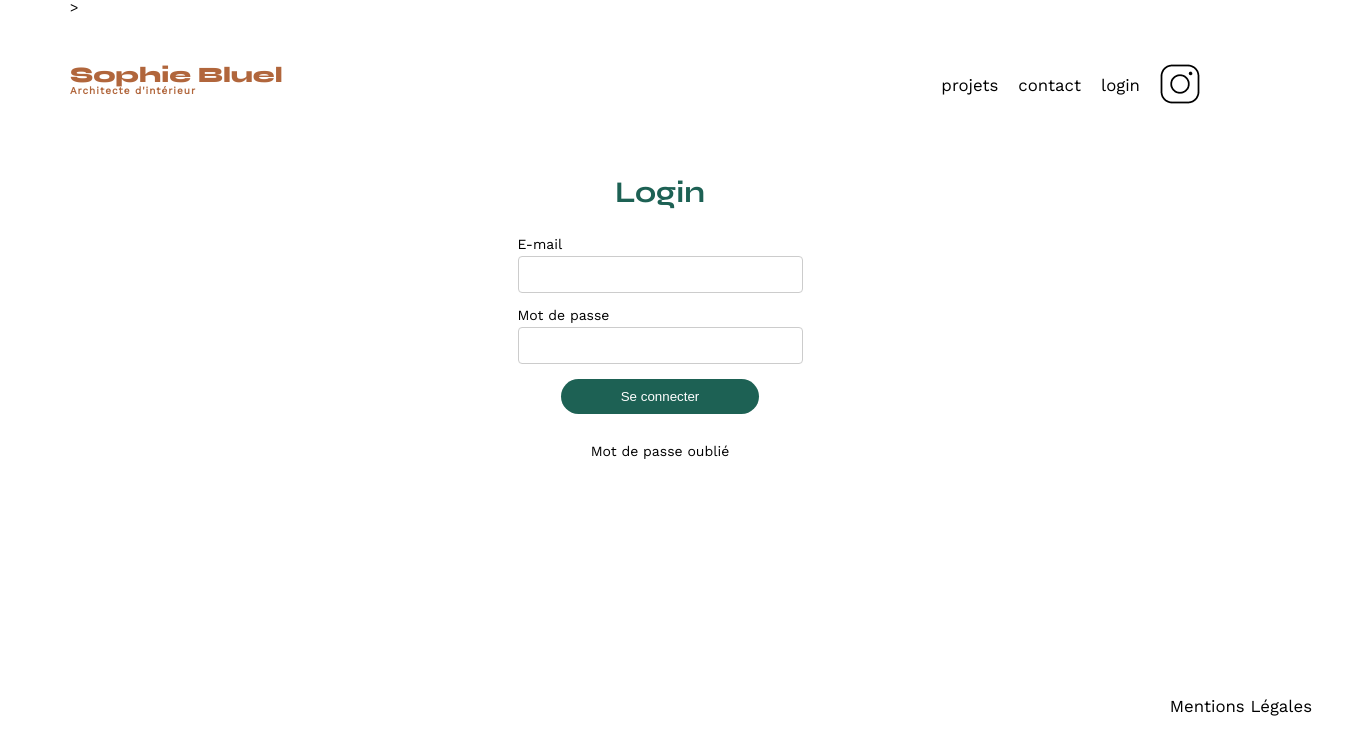
Repository: ByteVoyageur/OC-P6
Page: FrontEnd/login.html
An editor plug-in stored every save of this project. The page is shown before and after the next save, followed by the edit.
The browser window is 1280 px wide. The page is 1350 px wide, so the pictures cover 1350 px, including what lies to the right of the window. The pictures show the whole page.
The page's requests for data from a server got no answer.

Above is the page before, as saved 2023-10-20 18:12:38.

### FrontEnd/login.html
<!DOCTYPE html>
<html lang="fr">

<head>
    <meta charset="UTF-8">
    <title>Sophie Bluel - Architecte d'intérieur</title>
    <meta name="viewport" content="width=device-width, initial-scale=1.0">
    <link rel="preconnect" href="https://fonts.googleapis.com">
    <link rel="preconnect" href="https://fonts.gstatic.com" crossorigin>
    <link href="https://fonts.googleapis.com/css2?family=Syne:wght@700;800&family=Work+Sans&display=swap"
        rel="stylesheet">
    <meta name="description" content="">
    <link rel="stylesheet" href="https://cdnjs.cloudflare.com/ajax/libs/font-awesome/5.15.3/css/all.min.css">

    <link rel="stylesheet" href="/FrontEnd/assets/css/style.css">
    <link rel="stylesheet" href="/FrontEnd/assets/css/login.css">
    >
</head>

<body>
    <div class="wrapper">
        <header>
            <h1>Sophie Bluel <span>Architecte d&apos;intérieur</span></h1>
            <nav>
                <ul>
                    <li>projets</li>
                    <li>contact</li>
                    <li>login</li>
                    <li><img src="/FrontEnd/assets/icons/instagram.png" alt="Instagram"></li>
                </ul>
            </nav>
        </header>
        <main>
            <section id="login-section">
                <div class="login-content">
                    <h2>Login</h2>
                    <form id="login-page-form">
                        <div class="login-field-group">
                            <div id="error-message" style="color: red; display: none;"></div>
                            <!-- Error message placeholder -->

                            <label for="user-email">E-mail</label>
                            <input type="text" id="user-email" name="username" required>
                        </div>
                        <div class="login-field-group">
                            <label for="user-password">Mot de passe</label>
                            <input type="password" id="user-password" name="password" required>
                        </div>
                        <div class="login-submit-button">
                            <button type="submit">Se connecter</button>
                        </div>
                    </form>
                    <a id="forgot-password-link">Mot de passe oublié</a>
                </div>
            </section>
        </main>
    </div>
    <div class="footer-push"></div>
    <footer>
        <nav>
            <ul>
                <li>Mentions Légales</li>
            </ul>
        </nav>
    </footer>
    <script src="./assets/js/gallery.js"></script>
    <script src="./assets/js/login.js"></script>
    <script src="./assets/js/galleryManager.js"></script>
    <script src="./assets/js/editPhoto.js"></script>
</body>

### FrontEnd/assets/css/style.css
/* http://meyerweb.com/eric/tools/css/reset/
   v2.0 | 20110126
   License: none (public domain)
*/

html,
body,
div,
span,
applet,
object,
iframe,
h1,
h2,
h3,
h4,
h5,
h6,
p,
blockquote,
pre,
a,
abbr,
acronym,
address,
big,
cite,
code,
del,
dfn,
em,
img,
ins,
kbd,
q,
s,
samp,
small,
strike,
strong,
sub,
sup,
tt,
var,
b,
u,
i,
center,
dl,
dt,
dd,
ol,
ul,
li,
fieldset,
form,
label,
legend,
table,
caption,
tbody,
tfoot,
thead,
tr,
th,
td,
article,
aside,
canvas,
details,
embed,
figure,
figcaption,
footer,
header,
hgroup,
menu,
nav,
output,
ruby,
section,
summary,
time,
mark,
audio,
video {
  margin: 0;
  padding: 0;
  border: 0;
  font-size: 100%;
  font: inherit;
  vertical-align: baseline;
}
/* HTML5 display-role reset for older browsers */
article,
aside,
details,
figcaption,
figure,
footer,
header,
hgroup,
menu,
nav,
section {
  display: block;
}
body {
  line-height: 1;
}
ol,
ul {
  list-style: none;
}
blockquote,
q {
  quotes: none;
}
blockquote:before,
blockquote:after,
q:before,
q:after {
  content: '';
  content: none;
}
table {
  border-collapse: collapse;
  border-spacing: 0;
}
/** end reset css**/
body {
  max-width: 1140px;
  margin: auto;
  font-family: 'Work Sans';
  font-size: 14px;
}
header {
  display: flex;
  justify-content: space-between;
  margin: 50px 0;
}
section {
  margin: 50px 0;
}

h1 {
  display: flex;
  flex-direction: column;
  font-family: 'Syne';
  font-size: 22px;
  font-weight: 800;
  color: #b1663c;
}

h1 > span {
  font-family: 'Work Sans';
  font-size: 10px;
  letter-spacing: 0.1em;
}

h2 {
  font-family: 'Syne';
  font-weight: 700;
  font-size: 30px;
  color: #1d6154;
}
nav ul {
  display: flex;
  align-items: center;
  list-style-type: none;
}
nav li {
  padding: 0 10px;
  font-size: 1.2em;
}

li:hover {
  color: #b1663c;
}
#introduction {
  display: flex;
  align-items: center;
}
#introduction figure {
  flex: 1;
}
#introduction img {
  display: block;
  margin: auto;
  width: 80%;
}

#introduction article {
  flex: 1;
}
#introduction h2 {
  margin-bottom: 1em;
}

#introduction p {
  margin-bottom: 0.5em;
}

#portfolio-header {
  display: flex;
  align-items: center;
  justify-content: center;
}
#portfolio h2 {
  text-align: center;
  margin-bottom: 1em;
}
#editGalleryButton {
  display: none;
}

#category-buttons {
  display: flex;
  justify-content: center;
  margin-bottom: 2em;
  gap: 15px;
}

#category-buttons button {
  padding: 10px 20px;
  border: 1px solid #1d6154;
  border-radius: 20px;
  background-color: transparent;
  cursor: pointer;
  transition: background-color 0.3s ease;
  color: #1d6154;
}

#category-buttons button:hover,
#category-buttons button.active {
  background-color: #1d6154;
  color: white;
}

.gallery {
  width: 100%;
  display: grid;
  grid-template-columns: 1fr 1fr 1fr;
  grid-column-gap: 20px;
  grid-row-gap: 20px;
}

.gallery img {
  width: 100%;
}

.mini-gallery {
  border-bottom: 1px solid gray;
  display: grid;
  grid-template-columns: repeat(5, 1fr);
  gap: 10px;
  padding: 10%;
  width: calc(100% - 20%);
  box-sizing: border-box;
}

.mini-gallery img {
  width: 100%;
  height: auto;
}

#add-photo-button {
  display: block;
  margin: 30px auto;
  padding: 10px 30px;
  background-color: #1d6154;
  color: white;
  border: none;
  border-radius: 15px;
  cursor: pointer;
}

#modalOverlay {
  position: fixed;
  top: 0;
  left: 0;
  width: 100%;
  height: 100%;
  background: rgba(0, 0, 0, 0.7);
  z-index: 99;
  display: none;
}

#modalOverlay.show {
  display: block;
}

#editGalleryButton {
  display: none;
}

#editGalleryButton.show {
  display: block;
}

.modal-content {
  position: relative;
  width: 50%;
  margin: 15% auto;
  background-color: #fff;
  border-radius: 8px;
  display: flex;
  flex-direction: column;
  align-items: center;
  justify-content: center;
}

.modal-content p {
  text-align: center;
  font-size: 24px;
  margin: 0;
  padding-top: 50px;
}

.modal-content .close-button {
  position: absolute;
  right: 10px;
  top: 10px;
  border: none;
  background: none;
  font-size: 20px;
  cursor: pointer;
  z-index: 1;
}

#editModalOverlay {
  position: fixed;
  top: 0;
  left: 0;
  width: 100%;
  height: 100%;
  background: rgba(0, 0, 0, 0.7);
  z-index: 100;
  display: none;
}

#editModalOverlay.show {
  display: block;
}

#add-photo-form {
  display: flex;
  flex-direction: column;
  align-items: center;
  justify-content: center;
}

.upload-div {
  display: flex;
  flex-direction: column;
  align-items: center;
  justify-content: center;
  margin: 20px 0;
  background-color: #e8f1f6;
}

.upload-div i {
  font-size: 100px;
}

#photo-upload {
  display: none;
}

#contact {
  width: 50%;
  margin: auto;
}

#contact > * {
  text-align: center;
}

#contact h2 {
  margin-bottom: 20px;
}

#contact form {
  text-align: left;
  margin-top: 30px;
  display: flex;
  flex-direction: column;
}

#contact input,
#contact textarea {
  border: none;
  box-shadow: 0px 4px 14px rgba(0, 0, 0, 0.09);
}

#contact input {
  height: 50px;
  font-size: 1.2em;
}

#contact label {
  margin: 2em 0 1em 0;
}

input[type='submit'] {
  font-family: 'Syne';
  font-weight: 700;
  color: white;
  background-color: #1d6154;
  margin: 2em auto;
  width: 180px;
  text-align: center;
  border-radius: 60px;
}

footer nav ul {
  display: flex;
  justify-content: flex-end;
  margin: 2em;
}

### FrontEnd/assets/css/login.css
html,
body,
div,
span,
applet,
object,
iframe,
h1,
h2,
h3,
h4,
h5,
h6,
p,
blockquote,
pre,
a,
abbr,
acronym,
address,
big,
cite,
code,
del,
dfn,
em,
img,
ins,
kbd,
q,
s,
samp,
small,
strike,
strong,
sub,
sup,
tt,
var,
b,
u,
i,
center,
dl,
dt,
dd,
ol,
ul,
li,
fieldset,
form,
label,
legend,
table,
caption,
tbody,
tfoot,
thead,
tr,
th,
td,
article,
aside,
canvas,
details,
embed,
figure,
figcaption,
footer,
header,
hgroup,
menu,
nav,
output,
ruby,
section,
summary,
time,
mark,
audio,
video {
  margin: 0;
  padding: 0;
  border: 0;
  font-size: 100%;
  font: inherit;
  vertical-align: baseline;
}
/* HTML5 display-role reset for older browsers */
article,
aside,
details,
figcaption,
figure,
footer,
header,
hgroup,
menu,
nav,
section {
  display: block;
}
body {
  line-height: 1;
}
ol,
ul {
  list-style: none;
}
blockquote,
q {
  quotes: none;
}
blockquote:before,
blockquote:after,
q:before,
q:after {
  content: '';
  content: none;
}
table {
  border-collapse: collapse;
  border-spacing: 0;
}
/** end reset css**/
body {
  max-width: 1140px;
  margin: auto;
  font-family: 'Work Sans';
  font-size: 14px;
}
header {
  display: flex;
  justify-content: space-between;
  margin: 50px 0;
}
section {
  margin: 50px 0;
}

h1 {
  display: flex;
  flex-direction: column;
  font-family: 'Syne';
  font-size: 22px;
  font-weight: 800;
  color: #b1663c;
}

h1 > span {
  font-family: 'Work Sans';
  font-size: 10px;
  letter-spacing: 0.1em;
}

h2 {
  font-family: 'Syne';
  font-weight: 700;
  font-size: 30px;
  color: #1d6154;
}
nav ul {
  display: flex;
  align-items: center;
  list-style-type: none;
}
nav li {
  padding: 0 10px;
  font-size: 1.2em;
}

li:hover {
  color: #b1663c;
}
#introduction {
  display: flex;
  align-items: center;
}

#login-section {
  position: relative;
  width: 100%;
  padding: 20px;
}

#login-section .login-content {
  display: flex;
  flex-direction: column;
  align-items: center;
  background-color: #ffffff;
  border-radius: 8px;
}

#login-page-form {
  width: 100%;
  display: flex;
  flex-direction: column;
  align-items: center;
  justify-content: center;
  margin-top: 30px;
}

.login-field-group {
  width: 25%;
  display: flex;
  flex-direction: column;
  margin-bottom: 15px;
  gap: 5px;
}

/* Input fields and button styles */
#login-page-form input {
  padding: 10px;
  border: 1px solid #ccc;
  border-radius: 4px;
}

#login-page-form button {
  padding: 10px 60px;
  background-color: #1d6154;
  color: #ffffff;
  border: none;
  border-radius: 60px;
  cursor: pointer;
  margin-bottom: 30px;
}

.wrapper {
  position: relative;
  min-height: calc(100vh - 50px);
  margin-bottom: -50px;
}

.footer-push {
  height: 50px;
}

footer {
  position: absolute;
  bottom: 0;
  width: 100%;
  height: 50px;
}

footer nav ul {
  display: flex;
  justify-content: flex-end;
  margin: 2em;
}

### FrontEnd/assets/js/gallery.js
document.addEventListener('DOMContentLoaded', function () {
  let categoryMap = {}

  const apiEndpoint = 'http://localhost:5678/api/works'
  let data

  // Fetch category data from the API and dynamically create category buttons
  fetch('http://localhost:5678/api/categories')
    .then((response) => response.json())
    .then((categories) => {
      categoryMap['tous'] = null // Add the "Tous" category
      categories.forEach((category) => {
        categoryMap[category.name.toLowerCase()] = category.id
      })

      // Add "Tous" category to the beginning of the categories list
      categories.unshift({ name: 'Tous' })

      categories.forEach((category) => {
        const categoryButtonsDiv = document.querySelector('#category-buttons')
        console.log(categoryButtonsDiv)
        let button = document.createElement('button')
        button.textContent = category.name
        button.setAttribute('data-category', category.name.toLowerCase())
        categoryButtonsDiv.appendChild(button)
      })

      // Fetch the works data
      return fetch(apiEndpoint)
    })
    .then((response) => response.json())
    .then((fetchedData) => {
      data = fetchedData
      displayData(data)

      const buttons = document.querySelectorAll('#category-buttons button')
      buttons.forEach((button) => {
        button.addEventListener('click', () => {
          const category = button.getAttribute('data-category')
          const filtered =
            category === 'tous'
              ? data
              : data.filter((item) => item.categoryId === categoryMap[category])
          displayData(filtered)
        })
      })
    })
    .catch((error) => {
      console.error('Error fetching data:', error)
    })

  function displayData(filteredData, container) {
    const galleryDiv = container || document.querySelector('.gallery')
    galleryDiv.innerHTML = ''
    filteredData.forEach((item) => {
      let figure = document.createElement('figure')

      let img = document.createElement('img')
      img.src = item.imageUrl
      img.alt = item.title

      let figcaption = document.createElement('figcaption')
      figcaption.textContent = item.title

      figure.appendChild(img)
      figure.appendChild(figcaption)

      galleryDiv.appendChild(figure)
    })
  }
})

### FrontEnd/assets/js/login.js
const loginForm = document.getElementById('login-page-form')

loginForm.addEventListener('submit', function (event) {
  event.preventDefault()

  // Get user input values
  const email = document.getElementById('user-email').value
  const password = document.getElementById('user-password').value

  // Construct the request payload
  const requestData = {
    email: email,
    password: password,
  }

  // Make the API call to login the user
  fetch('http://localhost:5678/api/users/login', {
    method: 'POST',
    headers: {
      'Content-Type': 'application/json',
      Accept: 'application/json',
    },
    body: JSON.stringify(requestData),
  })
    .then((response) => response.json())
    .then((data) => {
      if (data.token) {
        console.log('Logged in successfully', data.token)
        localStorage.setItem('token', data.token)
        window.location.href = 'index.html'
      } else {
        console.error('Login error', data)
        alert(data.message || "Une erreur s'est produite lors de la connexion.")
      }
    })
    .catch((error) => {
      // Handle any other errors
      console.error('Error during login', error)
    })
})

const forgotPasswordLink = document.getElementById('forgot-password-link')
forgotPasswordLink.addEventListener('click', function () {
  console.log('Forgot password link clicked')
})

### FrontEnd/assets/js/galleryManager.js
document.addEventListener('DOMContentLoaded', function () {
  if (localStorage.getItem('token')) {
    const editGalleryButton = document.getElementById('editGalleryButton')
    editGalleryButton.classList.add('show')
    editGalleryButton.addEventListener('click', showModal)
  }

  function displayMiniGallery(data, container) {
    const miniGalleryDiv = container || document.createElement('div')
    miniGalleryDiv.className = 'mini-gallery'

    data.forEach((item) => {
      let figure = document.createElement('figure')

      let img = document.createElement('img')
      img.src = item.imageUrl
      img.alt = item.title

      figure.appendChild(img)
      miniGalleryDiv.appendChild(figure)
    })

    return miniGalleryDiv
  }

  function showModal() {
    console.log('showModal function is called')
    let modalOverlay = document.getElementById('modalOverlay')
    let modalContent

    if (!modalOverlay) {
      modalOverlay = document.createElement('div')
      modalOverlay.id = 'modalOverlay'

      modalContent = document.createElement('div')
      modalContent.classList.add('modal-content')

      const modalText = document.createElement('p')
      modalText.innerText = 'Gallery photo '

      const closeModalButton = document.createElement('button')
      closeModalButton.innerText = 'X'
      closeModalButton.classList.add('close-button')

      closeModalButton.addEventListener('click', function () {
        modalOverlay.classList.remove('show')
      })

      modalContent.appendChild(closeModalButton)
      modalContent.appendChild(modalText)

      const miniGalleryDiv = document.createElement('div')
      miniGalleryDiv.className = 'mini-gallery'
      modalContent.appendChild(miniGalleryDiv)

      const addButton = document.createElement('button')
      addButton.innerText = 'Ajouter une photo'
      addButton.id = 'add-photo-button'
      modalContent.appendChild(addButton)

      modalOverlay.appendChild(modalContent)
      document.body.appendChild(modalOverlay)

      modalOverlay.classList.add('show')
    } else {
      modalOverlay.classList.add('show')
    }

    fetch('http://localhost:5678/api/works')
      .then((response) => response.json())
      .then((data) => {
        displayMiniGallery(data, document.querySelector('.mini-gallery'))
      })
      .catch((error) => {
        console.error('Error fetching data:', error)
      })
  }

  console.log('galleryManager.js is loaded')
})

### FrontEnd/assets/js/editPhoto.js
console.log('editPhoto.js is starting')

// Use event delegation on the body to listen for click events
document.body.addEventListener('click', function (event) {
  // Check if the clicked element is "add-photo-button"
  if (event.target && event.target.id === 'add-photo-button') {
    console.log('Add photo button clicked')
    createAddPhotoModal()
  }
})

function createAddPhotoModal() {
  const editModal = document.createElement('div')
  editModal.id = 'editModalOverlay'
  editModal.classList.add('show')

  const editModalContent = document.createElement('div')
  editModalContent.classList.add('modal-content')

  const editModalCloseButton = document.createElement('button')
  editModalCloseButton.innerText = 'X'
  editModalCloseButton.classList.add('close-button')
  editModalCloseButton.addEventListener('click', function () {
    editModal.classList.remove('show')
  })

  const editModalTitle = document.createElement('h2')
  editModalTitle.innerText = 'Ajout photo'

  const editModalAddPhotoForm = document.createElement('form')
  editModalAddPhotoForm.id = 'add-photo-form'
  editModalAddPhotoForm.setAttribute('enctype', 'multipart/form-data')

  const uploadDiv = document.createElement('div')
  uploadDiv.classList.add('upload-div')

  const editModalAddPhotoButton = document.createElement('input')
  editModalAddPhotoButton.type = 'file'
  editModalAddPhotoButton.id = 'photo-upload'
  editModalAddPhotoButton.classList.add('hidden-upload')

  const customUploadLabel = document.createElement('label')
  customUploadLabel.setAttribute('for', 'photo-upload')
  customUploadLabel.classList.add('customFileUpload')

  const uploadIcon = document.createElement('i')
  uploadIcon.classList.add('fa-regular', 'fa-image')
  customUploadLabel.appendChild(uploadIcon)

  const space = document.createElement('br')
  customUploadLabel.appendChild(space)

  const addButton = document.createElement('button')
  addButton.innerText = '+ Ajout'
  addButton.addEventListener('click', function () {
    editModalAddPhotoButton.click() // Trigger the file input click event
  })
  customUploadLabel.appendChild(addButton)

  const uploadDescription = document.createElement('p')
  uploadDescription.innerText = 'jpg, png: 4MB max'
  uploadDescription.classList.add('upload-description')

  const editModalAddPhotoFormTitle = document.createElement('label')
  editModalAddPhotoFormTitle.innerText = 'Titre'
  editModalAddPhotoFormTitle.setAttribute('for', 'photo-title')
  const editModalAddPhotoFormTitleInput = document.createElement('input')
  editModalAddPhotoFormTitleInput.type = 'text'
  editModalAddPhotoFormTitleInput.id = 'photo-title'
  editModalAddPhotoFormTitleInput.required = true

  const editModalAddPhotoFormCategory = document.createElement('label')
  editModalAddPhotoFormCategory.innerText = 'Catégorie'
  editModalAddPhotoFormCategory.setAttribute('for', 'photo-category')
  const editModalAddPhotoFormCategoryInput = document.createElement('select')
  editModalAddPhotoFormCategoryInput.id = 'photo-category'
  editModalAddPhotoFormCategoryInput.required = true

  const categories = ['Category 1', 'Category 2', 'Category 3']
  for (const category of categories) {
    const option = document.createElement('option')
    option.value = category
    option.innerText = category
    editModalAddPhotoFormCategoryInput.appendChild(option)
  }

  editModal.appendChild(editModalContent)
  editModalContent.appendChild(editModalCloseButton)
  editModalContent.appendChild(editModalTitle)
  editModalContent.appendChild(editModalAddPhotoForm)

  editModalAddPhotoForm.appendChild(uploadDiv)
  uploadDiv.appendChild(editModalAddPhotoButton)
  uploadDiv.appendChild(customUploadLabel)
  uploadDiv.appendChild(uploadDescription)

  editModalAddPhotoForm.appendChild(document.createElement('br'))
  editModalAddPhotoForm.appendChild(editModalAddPhotoFormTitle)
  editModalAddPhotoForm.appendChild(editModalAddPhotoFormTitleInput)
  editModalAddPhotoForm.appendChild(document.createElement('br'))
  editModalAddPhotoForm.appendChild(editModalAddPhotoFormCategory)
  editModalAddPhotoForm.appendChild(editModalAddPhotoFormCategoryInput)

  document.body.appendChild(editModal)

  editModalAddPhotoButton.addEventListener('change', function (e) {
    var fileName = e.target.value.split('\\').pop()
    if (fileName) {
      customUploadLabel.textContent = fileName
    } else {
      customUploadLabel.textContent = '+ Ajout'
    }
  })
}

After the next save:
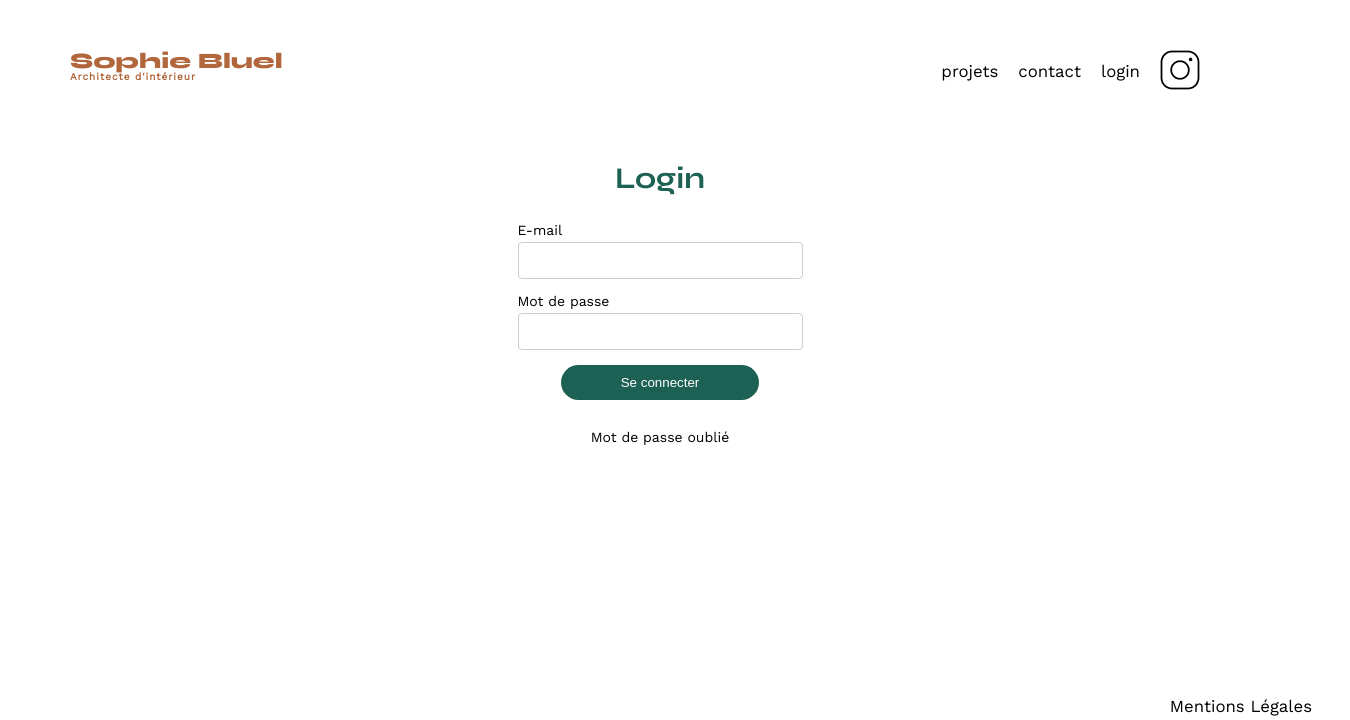
Saved 11 s later.
--- a/FrontEnd/login.html
+++ b/FrontEnd/login.html
@@ -9,12 +9,10 @@
     <link rel="preconnect" href="https://fonts.gstatic.com" crossorigin>
     <link href="https://fonts.googleapis.com/css2?family=Syne:wght@700;800&family=Work+Sans&display=swap"
         rel="stylesheet">
+    <link rel="stylesheet" href="https://cdnjs.cloudflare.com/ajax/libs/font-awesome/5.15.4/css/all.min.css">
     <meta name="description" content="">
-    <link rel="stylesheet" href="https://cdnjs.cloudflare.com/ajax/libs/font-awesome/5.15.3/css/all.min.css">
-
-    <link rel="stylesheet" href="/FrontEnd/assets/css/style.css">
-    <link rel="stylesheet" href="/FrontEnd/assets/css/login.css">
-    >
+    <link rel="stylesheet" href="./assets/css/style.css">
+    <link rel="stylesheet" href="./assets/css/login.css">
 </head>
 
 <body>
